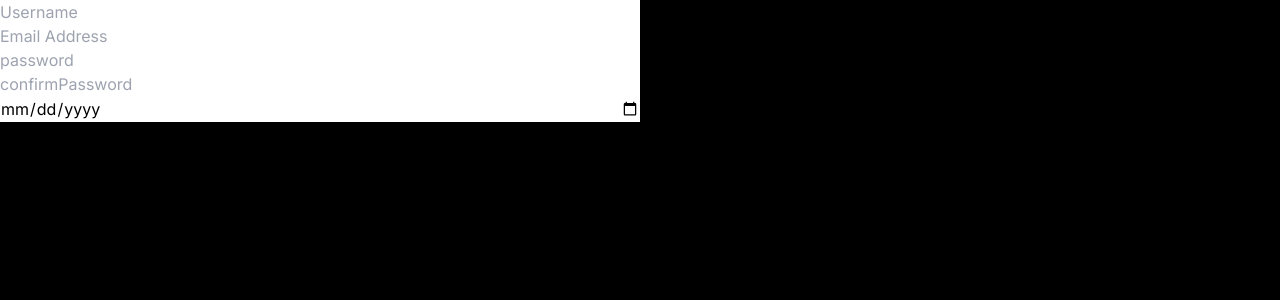
Repository: uh-sman/tiktok-card
Page: /
These files come from the project's save history. The page is drawn as it stood at one moment and after the next save; the edit follows.
The browser window is 1280 px wide. The pictures show the whole page.
The project was rebuilt for these pictures with package versions that can differ from the ones it lists, and the page was loaded fresh each time. The framework's server and built-in components were replaced by stand-ins that run in the browser. Also part of the build but not shown: next.config.js.

Above is the page before, as saved 2023-12-19 11:58:45.

### app/page.tsx
'use client'
import Input from "./components/Input";
import { FieldValues, SubmitHandler, useForm } from "react-hook-form";
export default function Home() {
  // const { register, handleSubmit, reset } = useForm<FieldValues>({
  //   defaultValues: {
  //     Username: "",
  //     email: '',
  //     password: '',
  //     confirmPassword: '',
  //     DateOfBirth: '',
  //     Bio: '',
  //     gender: '',
  //     termsAndConditions: ''
  //   }
  // })

  // const onSubmit: SubmitHandler<FieldValues> = () => {

  // }

  return (
    <div className="bg-black h-screen w-screen">
      {/* <div className="flex justify-center"> */}
      <div className="flex justify-center  w-full flex-col">
        <form className="flex flex-col w-1/2" onSubmit={()=> {}}>
          <Input
            className=""
            id="Username"
            placeholder="Username"
            type="text"
            onChange={() => {}}
          />
          <Input
            className=""
            id="email"
            placeholder="Email Address"
            type="email"
            onChange={() => {}}
          />
          <Input
            className=""
            id="password"
            placeholder="password"
            type="password"
            onChange={() => {}}
          />
          <Input
            className=""
            id="confirmPassword"
            placeholder="confirmPassword"
            type="email"
            onChange={() => {}}
          />
          <Input
            className=""
            id="DOB"
            placeholder="Date of Birth"
            type="date"
            onChange={() => {}}
          />
          <button>Submit</button>
        </form>

      </div>
      {/* </div> */}
    </div>
  );
}



{/* <form class="max-w-sm mx-auto">
  <div class="mb-5">
    <label for="email" class="block mb-2 text-sm font-medium text-gray-900 dark:text-white">Your email</label>
    <input type="email" id="email" class="bg-gray-50 border border-gray-300 text-gray-900 text-sm rounded-lg focus:ring-blue-500 focus:border-blue-500 block w-full p-2.5 dark:bg-gray-700 dark:border-gray-600 dark:placeholder-gray-400 dark:text-white dark:focus:ring-blue-500 dark:focus:border-blue-500" placeholder="name@flowbite.com" required>
  </div>
  <div class="mb-5">
    <label for="password" class="block mb-2 text-sm font-medium text-gray-900 dark:text-white">Your password</label>
    <input type="password" id="password" class="bg-gray-50 border border-gray-300 text-gray-900 text-sm rounded-lg focus:ring-blue-500 focus:border-blue-500 block w-full p-2.5 dark:bg-gray-700 dark:border-gray-600 dark:placeholder-gray-400 dark:text-white dark:focus:ring-blue-500 dark:focus:border-blue-500" required>
  </div>
  <div class="flex items-start mb-5">
    <div class="flex items-center h-5">
      <input id="remember" type="checkbox" value="" class="w-4 h-4 border border-gray-300 rounded bg-gray-50 focus:ring-3 focus:ring-blue-300 dark:bg-gray-700 dark:border-gray-600 dark:focus:ring-blue-600 dark:ring-offset-gray-800 dark:focus:ring-offset-gray-800" required>
    </div>
    <label for="remember" class="ms-2 text-sm font-medium text-gray-900 dark:text-gray-300">Remember me</label>
  </div>
  <button type="submit" class="text-white bg-blue-700 hover:bg-blue-800 focus:ring-4 focus:outline-none focus:ring-blue-300 font-medium rounded-lg text-sm w-full sm:w-auto px-5 py-2.5 text-center dark:bg-blue-600 dark:hover:bg-blue-700 dark:focus:ring-blue-800">Submit</button>
</form> */}

### app/components/Input.tsx

type InputType = "text" | "password" | "file" | "email" | 'date'

interface InputProps {
    id: string;
    className: string;
    placeholder: string;
    type: InputType;
    onChange: (value: string, file?: File ) => void;
}

const Input: React.FC<InputProps> = ({
    id,
    className,
    placeholder,
    type,
    onChange
}) => {
    const handleChange = (event: React.ChangeEvent<HTMLInputElement>) => {
        const { value, files } = event.target;
        if (type === 'file' && files) {
            onChange(value, files[0]);
        } else {
            onChange(value);
        }
    };

    return (
        <input
            id={id}
            className=''
            placeholder={placeholder}
            type={type}
            onChange={handleChange}
        />
    );
};


export default Input;

Loaded but not shown: app/layout.tsx (common file); app/globals.css (common file); tailwind.config.ts (common file)

After the next save:
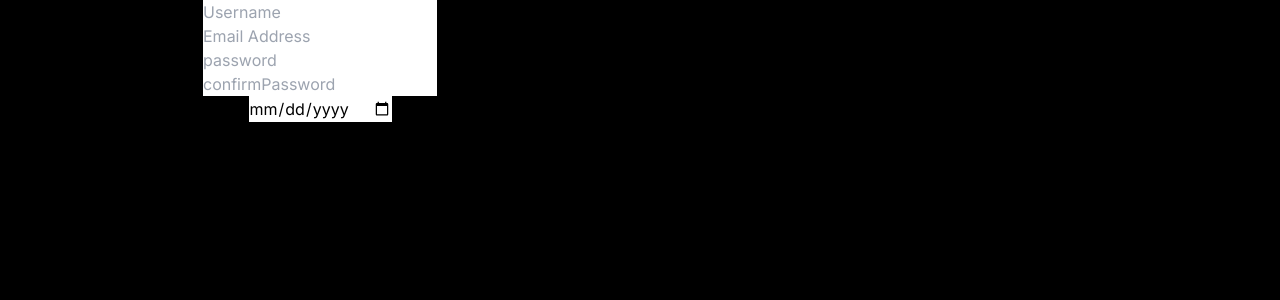
Saved 12 s later.
--- a/app/page.tsx
+++ b/app/page.tsx
@@ -23,7 +23,7 @@ export default function Home() {
     <div className="bg-black h-screen w-screen">
       {/* <div className="flex justify-center"> */}
       <div className="flex justify-center  w-full flex-col">
-        <form className="flex flex-col w-1/2" onSubmit={()=> {}}>
+        <form className="flex flex-col items-center w-1/2" onSubmit={()=> {}}>
           <Input
             className=""
             id="Username"
